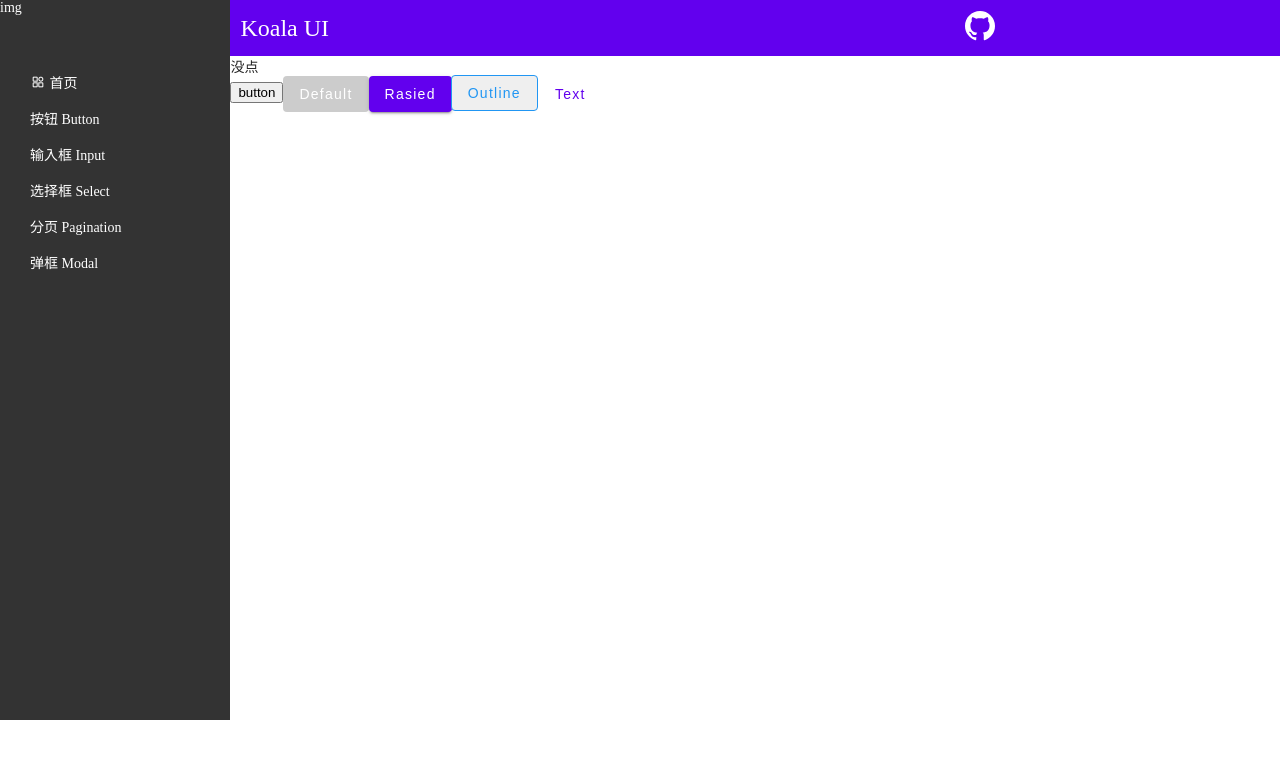
Repository: wyhsunflower/koalaUI
Page: /
These files come from the project's save history. The page is drawn as it stood at one moment and after the next save; the edit follows.
The browser window is 1280 px wide. The pictures show the whole page.
The project was rebuilt for these pictures with package versions that can differ from the ones it lists, and the page was loaded fresh each time. Also part of the build but not shown: webpack.config.js, src/components/Modal/Modal.vue. Imported but missing from the stored project, and not drawn on this page: src/views/go/go2.vue.

Above is the page before, as saved 2020-03-15 21:41:55.

### index.html
<!DOCTYPE html>
<html lang="en">
<head>
    <meta charset="UTF-8">
    <title>koala's UI</title>
</head>
<body>
<div id="app"></div>
</body>
</html>

### src/index.js
import Vue from 'vue';
import App from './app';
import './components/components.js'
import './styles/global.scss';
import './styles/iconfont/icon.scss'
import router from './router/route';


new Vue({
    router,
    render(h) {
        return h(App);
    }
}).$mount('#app');

### src/app.vue
<template>
    <div id="app" class="container">
        <SideBar></SideBar>
        <div class="right">
            <Header></Header>
            <div class="main">
                <transition>
                 <router-view></router-view>
                </transition>
            </div>
        </div>
    </div>
</template>
<script>
    import SideBar from './SideBar';
    import Header from './Header';
    export default {
        name: "app",
        components:{
            SideBar,
            Header
        },
    }
</script>

<style lang="scss" scoped>
    @import "styles/global";
    .container{
        width: 100%;
        display: flex;
        flex-flow: row nowrap;
        height: 100%;
    }
    .right{
        width: 82%;
        height: 100%;
    }
        .main{
            width: 100%;
            height: 100%;
        }
</style>

### src/components/components.js
import Vue from 'vue'
import Button from './Button/Button';
import Modal from './Modal/Modal';

Vue.component('Button',Button);
Vue.component('Modal',Modal);

### src/styles/global.scss
$font-color: rgba(0,0,0, 0.87);
$color-btn-default:#ccc;
$color-btn-primary:#2196f3;
$color-btn-custom:#6200ee;
* {
    box-sizing: border-box;
}
html, body {
    margin: 0;
    padding: 0;
    font-size: 14px;
}
html{
    width: 100%;
    height: 100%;
    outline: none;
    font-size: 14px;
}
body {
    color: $font-color;
    font-size: 14px;
    height: 100%;
    width: 100%;
}
.koala-button{

    -moz-osx-font-smoothing: grayscale;
    -webkit-font-smoothing: antialiased;
    font-size: 1rem;
    line-height: 2.25rem;
    font-weight: 500;
    letter-spacing: .0892857143em;
    text-decoration: none;
    display: inline-flex;
    position: relative;
    align-items: center;
    justify-content: center;
    box-sizing: border-box;
    min-width: 64px;
    border: none;
    outline: none;
    line-height: 1;
    -webkit-user-select: none;
    -moz-user-select: none;
    -ms-user-select: none;
    user-select: none;
    -webkit-appearance: none;
    overflow: visible;
    vertical-align: middle;
    border-radius: 4px;
    cursor: pointer;

    padding: 0 1.145rem;
    min-width: 4.5rem;
    color: #fff;
    height: 2.572rem;
}

### src/styles/iconfont/icon.scss
@font-face {font-family: "iconfont";
  src: url('./iconfont.eot?t=1575969178796'); /* IE9 */
  src: url('./iconfont.eot?t=1575969178796#iefix') format('embedded-opentype'), /* IE6-IE8 */
       url('./iconfont.woff?t=1575969178796') format('woff'),
       url('./iconfont.ttf?t=1575969178796') format('truetype'), /* chrome, firefox, opera, Safari, Android, iOS 4.2+ */
       url('./iconfont.svg?t=1575969178796#iconfont') format('svg'); /* iOS 4.1- */
}
.iconfont {
  font-family: "iconfont" !important;
  font-size: 16px;
  font-style: normal;
  -webkit-font-smoothing: antialiased;
  -moz-osx-font-smoothing: grayscale;
}
.icon-all:before {
  content: "\e6ef";
}

### src/router/route.js
import Router from 'vue-router';
import Vue from 'vue';
//import Home from '../app';
//import Button from '../components/Button/Button';
import Home from '../views/home';


const routerListDir=[];

function importAllRouter(r) {
    r.keys().forEach(
        (key)=>routerListDir.push(r(key).default)
    )
}

importAllRouter(require.context('../router',true,/\.router\.js/));
Vue.use(Router);
console.log(routerListDir);

export default new Router({
    routes: [
        ...routerListDir,
        { path: '/',component:Home},
        //{ path: '/button',component:Button},
    ]
});

### src/SideBar.vue
<template>
    <div class="side">
        <div class="top">
            <div>img</div>
            <!--<img src="./static/img/logo.jpg">-->
        </div>
        <ul class="side-list">
            <li v-for="x of lists">
                <i class="iconfont" :class="x.icon"></i>
                {{x.name}}
            </li>
        </ul>
    </div>
</template>

<script>
    export default {
        name: "SideBar",
        data(){
            return{
                lists:[
                    {
                        name:'首页',
                        icon:'icon-all',
                    },
                    {
                        name:'按钮 Button',
                        icon:'button',
                    },
                    {
                        name:'输入框 Input',
                        icon:'input',
                    },
                    {
                        name:'选择框 Select',
                        icon:'select',
                    },
                    {
                        name:'分页 Pagination',
                        icon:'pagination',
                    },
                    {
                        name:'弹框 Modal',
                        icon:'modal',
                    },
                ],
            }
        },
    }
</script>

<style lang="scss" scoped>
    .side {
        max-width: 300px;
        width: 18%;
        background: rgba(0,0,0,.8);
        height: 100%;
        color: #fff;
    }
    .top {
        height: 50px;
    }
    ul{
        list-style: none;
        padding: 0;
    }
    li{
        padding: 8px 30px;
        &:hover{background: rgba(0,0,0,.2);}
    }
</style>

### src/Header.vue
<template>
    <div class="header">
        <div class="title">Koala UI</div>
        <div class="right">
            <!-- <div class="search">GitHub</div> -->
            <div class="config">
            <svg width="30" height="30" viewBox="0 0 20 20" xmlns="http://www.w3.org/2000/svg">
            <title>github-circle-white-transparent</title>
                <path d="M10 0C4.477 0 0 4.477 0 10c0 4.42 2.87 8.17 6.84 9.5.5.08.66-.23.66-.5v-1.69c-2.77.6-3.36-1.34-3.36-1.34-.46-1.16-1.11-1.47-1.11-1.47-.91-.62.07-.6.07-.6 1 .07 1.53 1.03 1.53 1.03.87 1.52 2.34 1.07 2.91.83.09-.65.35-1.09.63-1.34-2.22-.25-4.55-1.11-4.55-4.92 0-1.11.38-2 1.03-2.71-.1-.25-.45-1.29.1-2.64 0 0 .84-.27 2.75 1.02.79-.22 1.65-.33 2.5-.33.85 0 1.71.11 2.5.33 1.91-1.29 2.75-1.02 2.75-1.02.55 1.35.2 2.39.1 2.64.65.71 1.03 1.6 1.03 2.71 0 3.82-2.34 4.66-4.57 4.91.36.31.69.92.69 1.85V19c0 .27.16.59.67.5C17.14 18.16 20 14.42 20 10A10 10 0 0 0 10 0z" fill="#FFF" fill-rule="evenodd"/>
            </svg>
            </div>
        </div>
    </div>
</template>

<script>
    export default {
        name: "Header"
    }
</script>

<style lang="scss" scoped>
    .header{
        width: 100%;
        display: flex;
        justify-content: space-between;
        align-items: center;
        background-color:#6200ee;
        height:56px;
    }
    .title{
        width: 60%;
        color:#fff;
        font-size:24px;
        padding-left:10px;
    }
    .right{
        width: 30%;
    }
</style>

### src/components/Button/Button.vue
<template>
    <component
            class="koala-button"
            :class="buttonType"
            is="button"
            @click="onClick"
    >
        <slot></slot>
    </component>
</template>

<script>
    //type color icon
    export default {
        name: "Button",
        // ['type','color','diabled','size'],
        props: {
            type:{
                type: String,
                default:'default', // 'default', 'rasied , 'text', 'outline'
            },
            color:{
                type: String,
                default: 'default', // 'default', 'primary', 'custom'
            },
            size:{
                type: String,
                default: 'normal' // 'small', 'normal', 'large','custom'
            },
            disabled: {
                type: Boolean,
                default: false
            }
        },
        data(){
            return{
            }
        },
        components:{

        },
        computed:{
            buttonType(){
                const buttonClass = {
                    "outline": [`koala-button-${this.type}`,`koala-button-ouline-color-${this.color}`],
                    "text": [`koala-button-${this.type}`,`koala-button-text-color-${this.color}`],
                    "default": [`koala-button-${this.type}`,`koala-button-color-${this.color}`],
                    "rasied": [`koala-button-${this.type}`,`koala-button-color-${this.color}`],
                }
                return buttonClass[this.type]
            },
        },
        methods:{
            onClick(e){
                this.$emit('click', e);
            }
        },
        mounted(){
        },
    }
</script>

<style lang="scss" scoped >
    @import "../../styles/global.scss";
// .koala-button{
//     background-color:#ccc;
//     min-width: 4.5rem;
//     border-radius: .25rem;
//     color: #fff;
//     font-size: .875rem;
//     font-weight: 300;
//     box-sizing: border-box;
//     position: relative;
//     -webkit-user-select: none;
//     -moz-user-select: none;
//     -ms-user-select: none;
//     user-select: none;
//     cursor: pointer;
//     outline: none;
//     border: none;
//     -webkit-tap-highlight-color: transparent;
//     display: inline-block;
//     white-space: nowrap;
//     text-decoration: none;
//     vertical-align: baseline;
//     text-align: center;
//     margin: 0;
//     min-width: 64px;
//     line-height: 36px;
//     padding: 0 16px;
//     border-radius: 4px;
//     overflow: visible;
//     transform: translate3d(0, 0, 0);
//     transition: background 400ms cubic-bezier(0.25, 0.8, 0.25, 1),box-shadow 280ms cubic-bezier(0.4, 0, 0.2, 1);
// }
    .koala-button-default{
        box-shadow: 0 0 0 0 rgba(0,0,0,.2), 0 0 0 0 rgba(0,0,0,.14), 0 0 0 0 rgba(0,0,0,.12);
    }
    .koala-button-rasied{
        box-shadow: 0px 3px 1px -2px rgba(0, 0, 0, 0.2), 0px 2px 2px 0px rgba(0, 0, 0, 0.14), 0px 1px 5px 0px rgba(0,0,0,.12);
        transition: box-shadow 280ms cubic-bezier(0.4, 0, 0.2, 1);
    }
    .koala-button-text{
        background-color: transparent;
        // color: $color-btn-primary;
    }
    .koala-button-outline{
        top: -1px;
        left: -1px;
        // border: 1px solid transparent;
        // color:$color-btn-primary;
        // border-color: $color-btn-primary;
    }
    .koala-button-color-default{
        background-color:$color-btn-default;
    }
    .koala-button-color-primary{
        background-color:$color-btn-primary;
    }
    .koala-button-color-custom{
        background-color:$color-btn-custom;
    }
    .koala-button-ouline-color-default{
        border: 1px solid transparent;
        color:$color-btn-default;
        border-color: $color-btn-default;
    }
    .koala-button-ouline-color-primary{
        border: 1px solid transparent;
        color:$color-btn-primary;
        border-color: $color-btn-primary;
    }
    .koala-button-ouline-color-custom{
        border: 1px solid transparent;
        color:$color-btn-custom;
        border-color: $color-btn-custom;
    }
    .koala-button-text-color-default{
        color: $color-btn-default;
    }
    .koala-button-text-color-primary{
        color: $color-btn-primary;
    }
    .koala-button-text-color-custom{
        color: $color-btn-custom;
    }
</style>

### src/views/home.vue
<template>
    <div class="main-container">
        <div>{{message}}</div>
        <button @click="showModal">button</button>
        <Modal v-if="modal" :self="this" :confirmCallback="confirmWay" :cancelCallback="cancelWay">
            <div>Modal组件</div>
            <div>Modal组件</div>
            <div>Modal组件</div>
            <div>Modal组件</div>
            <div>Modal组件</div>
            <div>Modal组件</div>
        </Modal>
        <Button @click="clicked('default')" type="default" color="default">Default</Button>
        <Button @click="clicked('rasied')" type="rasied" color="custom">Rasied</Button>
        <Button @click="clicked('outline')" type="outline" color="primary">Outline</Button>
        <Button @click="clicked('text')" type="text" color="custom">Text</Button>
    </div>
</template>

<script>
    // import Modal from '../components/Modal/Modal.vue'
    // import Button from '../components/Button/Button.vue'
    export default {
        name: "home",
        data(){
            return{
                modal:false,
                message:'没点'
            }
        },
        // components:{
        //     Button
        // },
        methods:{
            showModal(){
                this.modal = true
            },
            confirmWay(){
                this.message = '确定'
            },
            cancelWay(){
                this.message = '取消了'
            },
            clicked(name){
                alert(name)
            },
        },
    }
</script>

<style scoped>

</style>

### src/router/button.router.js
import Button from '../components/Button/Button';
export default {
    path: '/button',
    name: 'button',
    component:Button,
    children:[]
}

### src/router/modal.router.js
import Modal from '../components/Modal/Modal';
export default {
    path: '/modal',
    name: 'modal',
    component:Modal,
}

### src/router/sample.router.js
import Sample from '../views/go/go2.vue';
export default {
    path: '/sample',
    name: 'sample',
    component:Sample,
}

After the next save:
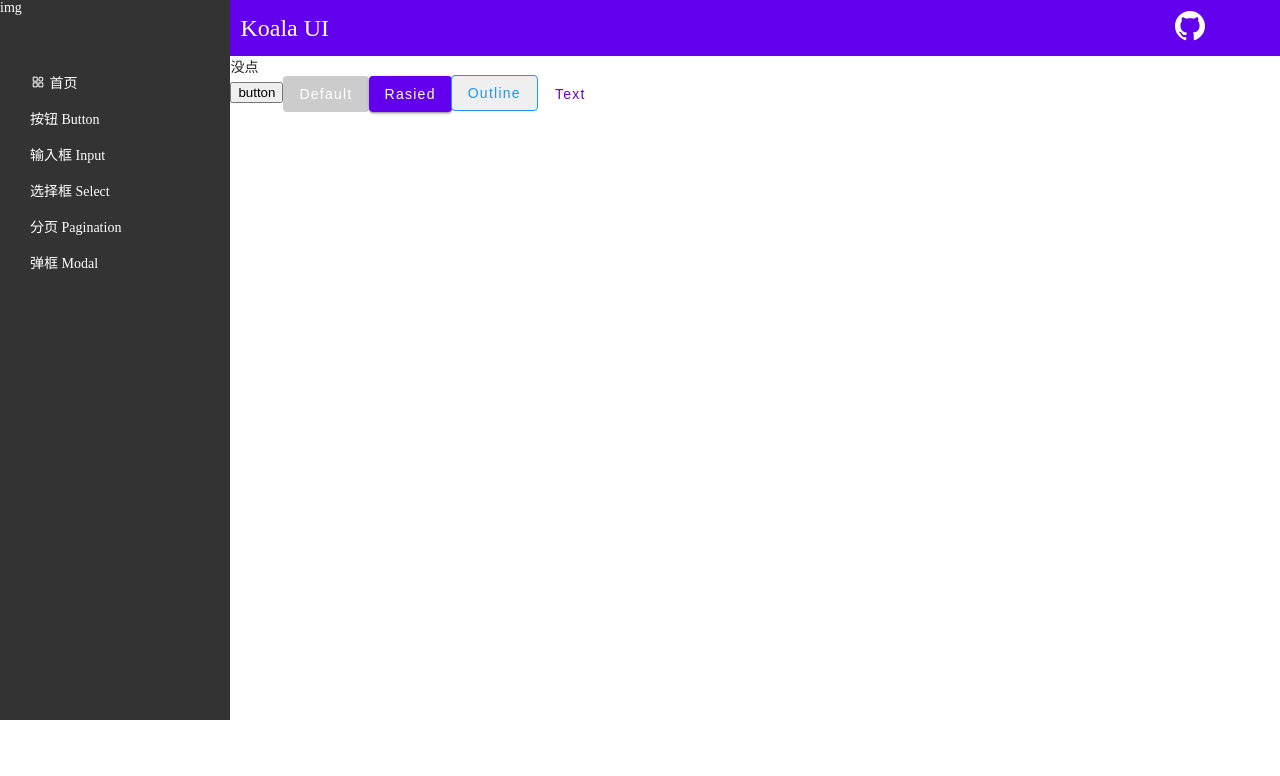
Saved 23 s later.
--- a/src/Header.vue
+++ b/src/Header.vue
@@ -29,12 +29,12 @@
         height:56px;
     }
     .title{
-        width: 60%;
+        width: 70%;
         color:#fff;
         font-size:24px;
         padding-left:10px;
     }
     .right{
-        width: 30%;
+        width: 10%;
     }
 </style>
